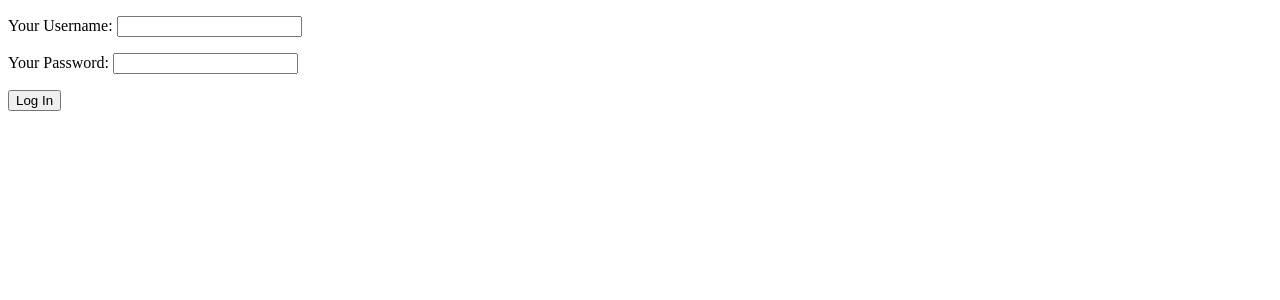
Repository: NicholasTsang/Mulesoft-playing-around
Page: workspace/database/src/main/html-app/Features/DataEntry.html
An editor plug-in stored every save of this project. The page is shown before and after the next save, followed by the edit.
The browser window is 1280 px wide. The pictures show the whole page.

Above is the page before, as saved 2018-03-06 10:31:59.

### workspace/database/src/main/html-app/Features/DataEntry.html
<!DOCTYPE html>
<html xmlns="http://www.w3.org/1999/xhtml" xml:lang="en" lang="en">
 <head>
   <meta http-equiv="Content-Type" content="text/html; charset=utf-8"/>

   <title>Login Form Submit Button</title>

 </head>

 <body>

   <form method="post" action="">

     <p><label for="username">Your Username:</label> <input type="text" id="username" name="username" /></p>
     <p><label for="password">Your Password:</label> <input type="password" id="password" name="password" /></p>
     <p><input type="submit" name="login" value="Log In" /></p>

   </form>

 </body>
 </html>

After the next save:
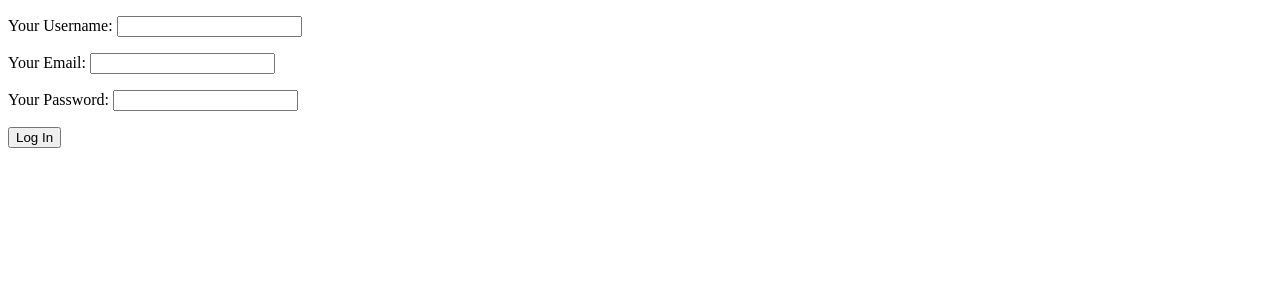
Saved 5 min 3 s later.
--- a/workspace/database/src/main/html-app/Features/DataEntry.html
+++ b/workspace/database/src/main/html-app/Features/DataEntry.html
@@ -12,6 +12,7 @@
    <form method="post" action="">
 
      <p><label for="username">Your Username:</label> <input type="text" id="username" name="username" /></p>
+     <p><label for="username">Your Email:</label> <input type="text" id="email" name="email" /></p>
      <p><label for="password">Your Password:</label> <input type="password" id="password" name="password" /></p>
      <p><input type="submit" name="login" value="Log In" /></p>
 
